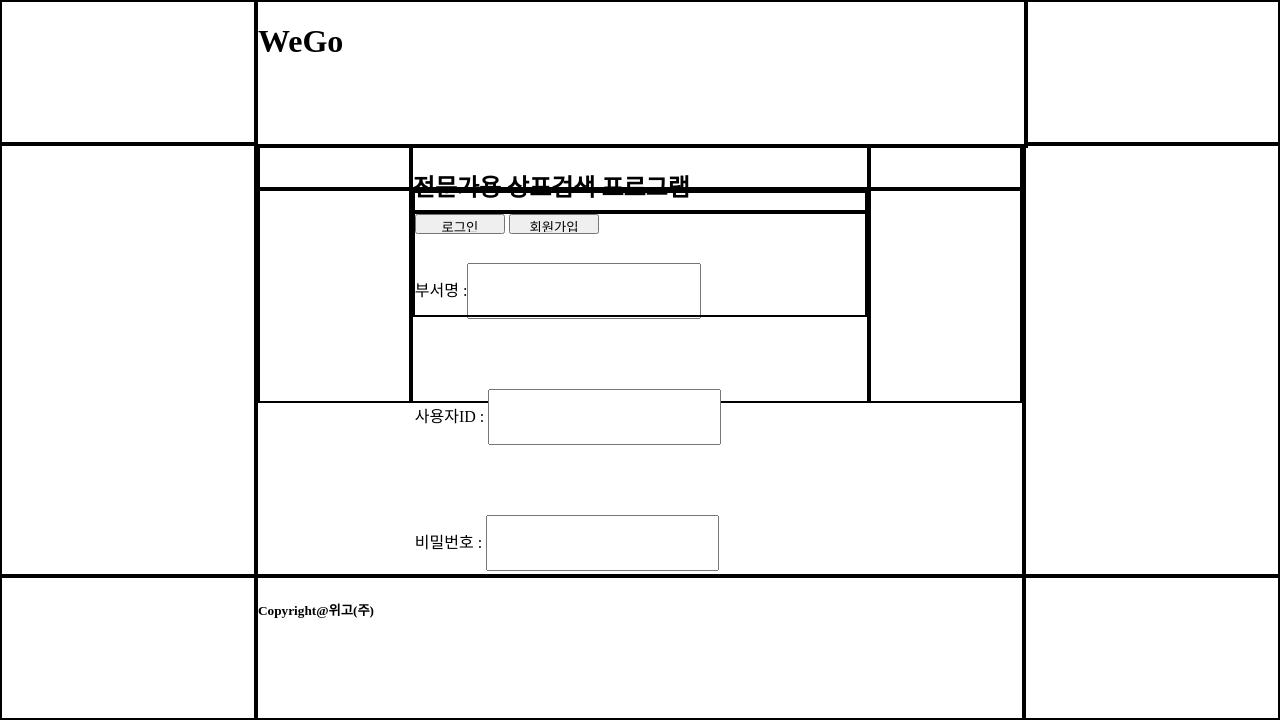
Repository: hamuse/wego1
Page: http://localhost/teamW1/facade.do
An editor plug-in stored every save of this project. The page is shown before and after the next save, followed by the edit.
The browser window is 1280 px wide. The pictures show the whole page.
Some web libraries are served in a nearby version. The page is served by Tomcat 9.

Above is the page before, as saved 2019-10-07 11:08:12.

After the next save:
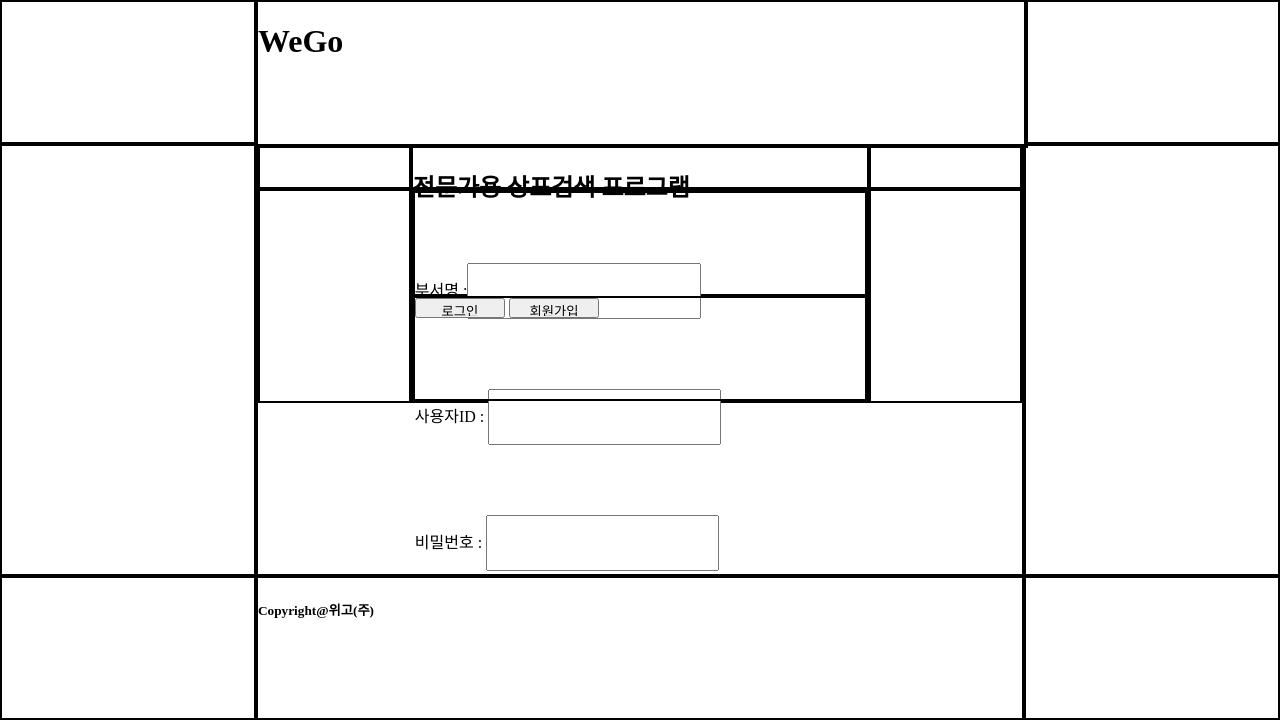
Saved 8 s later.
--- a/teamW1/WebContent/resources/css/style.css
+++ b/teamW1/WebContent/resources/css/style.css
@@ -38,7 +38,7 @@ html, body{
 	display: grid;
 	width: 100%;
 	height: 100%;
-	grid-template-rows: 10% 50% 10%;
+	grid-template-rows: 50% 50%;
 	}
 #login_tab div{border : 1px solid black;}
 .login_tab_item_1{grid-column: 1/5;}
